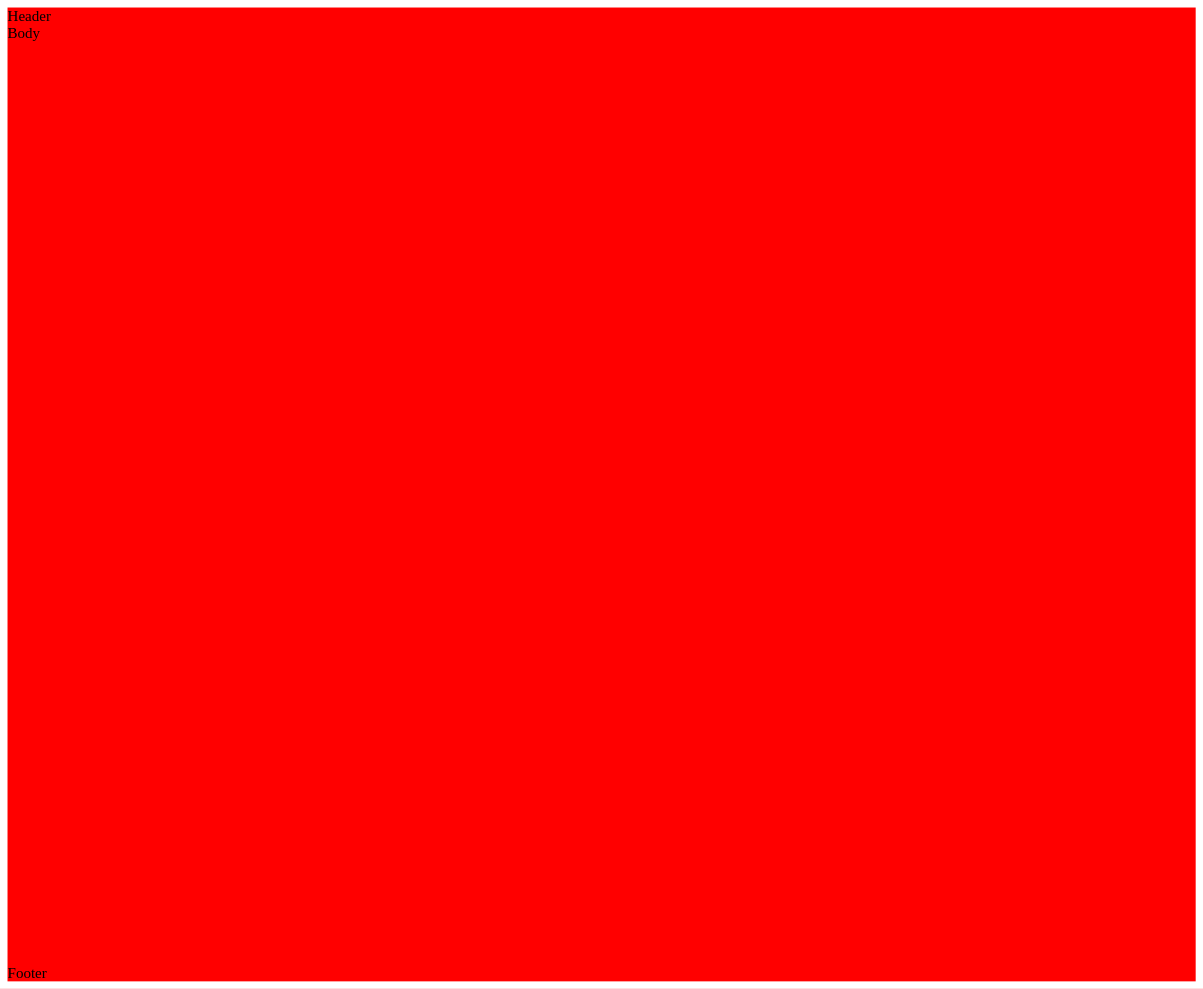
Repository: slowmoter1/samurai_HTML-CSS
Page: ninni.html
The author's editor kept a record of every edit. The page is drawn from the files as they stood at one moment, then again after the next edit.
The browser window is 1280 px wide. The pictures show the whole page, at 94% of full size.

Above is the page before.

After the next edit:
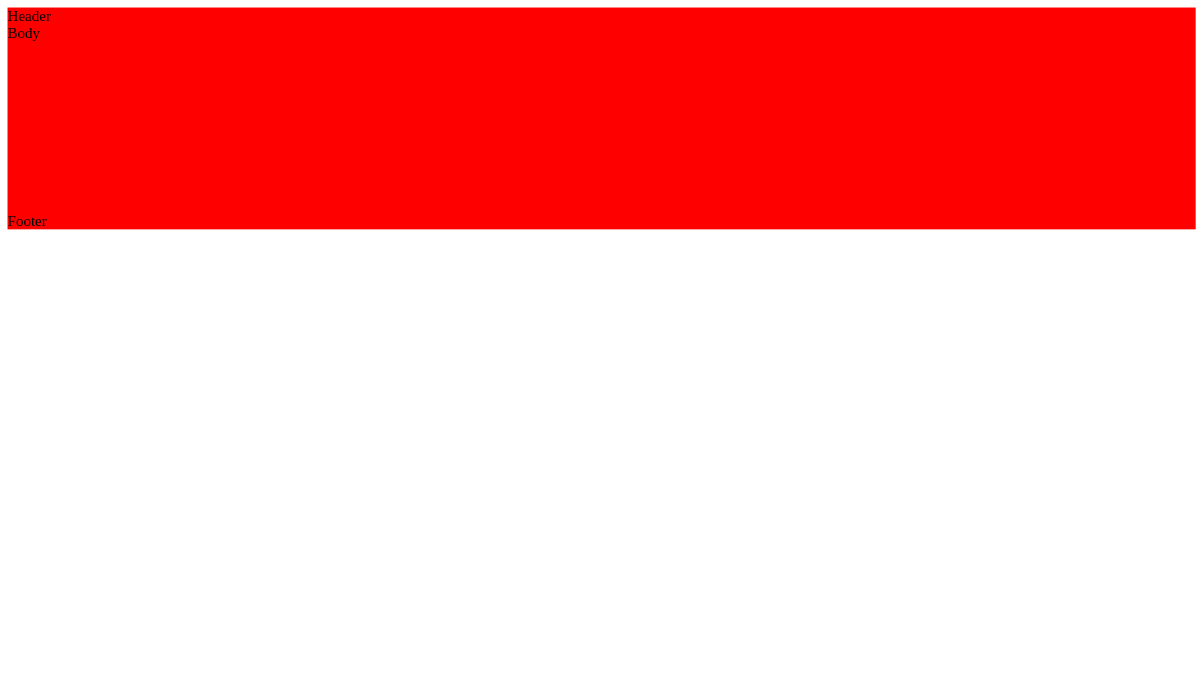
The edit:
--- a/ninni.html
+++ b/ninni.html
@@ -10,7 +10,7 @@
                 background-color: blue;
             }
 
-            .size{height: 1000px;
+            .size{height: 200px;
             }
         </style>
     </head>
